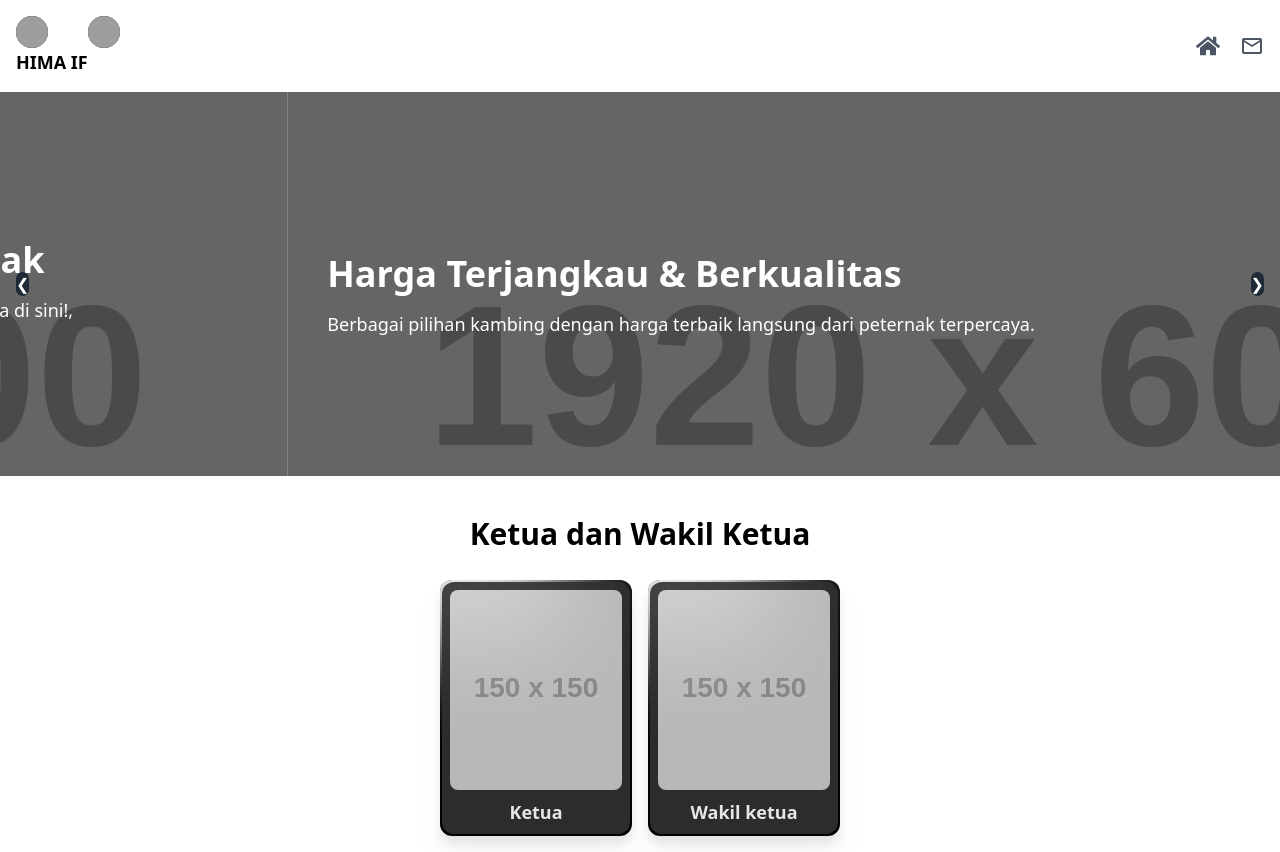
Repository: MUHAMADTEGARWIJAYA/himaif
Page: /
The author's editor kept a copy of each file at every save. The page is drawn from the files as they stood at one save, then again after the next save.
The browser window is 1280 px wide. The pictures show the whole page.
Pictures or frames that could not be fetched are drawn as grey boxes. The project was rebuilt for these pictures with package versions that can differ from the ones it lists, and the page was loaded fresh each time. Also part of the build but not shown: vite.config.js.

Above is the page before, as saved 2024-12-21 14:20:10.

### src/main.jsx
import React from 'react'
import ReactDOM from "react-dom/client"
import './index.css'
import App from './App.jsx'
import { BrowserRouter } from 'react-router-dom'

ReactDOM.createRoot(document.getElementById('root')).render(
  <React.StrictMode>
    <BrowserRouter>
    <App />
    </BrowserRouter>
  </React.StrictMode>
);

### src/App.jsx
import { Routes, Route } from "react-router-dom";
import Slider from "./pages/Content";
import LandingPage from "./layout/LandingPageLay";
import Card from "./pages/Members";

export default function App() {
  return (
    <Routes>
      <Route element={<LandingPage />}>
         <Route path="/" element={<Slider   />}/>
         <Route path="/" element={<Card   />}/>
      </Route>
    </Routes>
  );
}

### src/pages/Content.jsx
import { useState, useEffect } from "react";

const Slider = () => {
  const slides = [
    {
      id: 1,
      image: "https://via.placeholder.com/1920x600", // Ganti dengan URL gambar
      title: "Mudah & Transparan! Kambing Langsung dari Peternak",
      description:
        "Akses langsung ke peternak, harga transparan, dan kualitas terjamin. Pilih kambing untuk kebutuhan Anda hanya di sini!, jdsudvudvbduvbdvbdiobvbvsudvds",
    },
    {
      id: 2,
      image: "https://via.placeholder.com/1920x600", // Ganti dengan URL gambar
      title: "Harga Terjangkau & Berkualitas",
      description:
        "Berbagai pilihan kambing dengan harga terbaik langsung dari peternak terpercaya.",
    },
    {
      id: 3,
      image: "https://via.placeholder.com/1920x600", // Ganti dengan URL gambar
      title: "Pesan Sekarang, Nikmati Kemudahan",
      description:
        "Proses cepat, aman, dan terintegrasi untuk kebutuhan kambing Anda.",
    },
  ];

  const [currentIndex, setCurrentIndex] = useState(0);

  useEffect(() => {
    const interval = setInterval(() => {
      setCurrentIndex((prevIndex) =>
        prevIndex === slides.length - 1 ? 0 : prevIndex + 1
      );
    }, 5000); // Ganti dengan waktu delay (ms)
    return () => clearInterval(interval);
  }, [slides.length]);

  const prevSlide = () => {
    setCurrentIndex(currentIndex === 0 ? slides.length - 1 : currentIndex - 1);
  };

  const nextSlide = () => {
    setCurrentIndex((currentIndex + 1) % slides.length);
  };

  return (
    <div className="relative w-full h-96 overflow-hidden">
      <div
        className="flex transition-transform duration-1000"
        style={{ transform: `translateX(-${currentIndex * 100}%)` }}
      >
        {slides.map((slide) => (
          <div
            key={slide.id}
            className="w-full h-[600px] flex-shrink-0 relative"
            style={{
              backgroundImage: `url(${slide.image})`,
              backgroundSize: "cover",
              backgroundPosition: "center",
            }}
          >
            <div className="absolute inset-0 bg-black bg-opacity-50 flex flex-col justify-center mb-48 items-start p-10 text-white">
              <h1 className="text-4xl font-bold mb-4">{slide.title}</h1>
              <p className="text-lg">{slide.description}</p>
            </div>
          </div>
        ))}
      </div>
      <button
        onClick={prevSlide}
        className="absolute top-1/2 left-4 -translate-y-1/2 bg-gray-800 text-white rounded-full"
      >
        &#10094;
      </button>
      <button
        onClick={nextSlide}
        className="absolute top-1/2 right-4 -translate-y-1/2 bg-gray-800 text-white rounded-full"
      >
        &#10095;
      </button>
    </div>
  );
};

export default Slider;

### src/layout/LandingPageLay.jsx
import Navbar from '../pages/Navbar';

import App from "../pages/Members";
import Slider from "../pages/Content";

const LandigPage = () => {
    return (
        <div className='bg-white'>
            <Navbar />
             <Slider />
             <App />
         </div>
    );
};

export default LandigPage;

### src/pages/Members.jsx
import PropTypes from "prop-types";

const Card = ({ title, image }) => {
  return (

    <div className="relative drop-shadow-xl w-48 h-64 overflow-hidden rounded-xl bg-black transform transition-transform hover:scale-105 hover:rotate-2">
      <div className="absolute inset-0.5 flex flex-col items-center justify-between text-white z-[1] opacity-90 rounded-xl bg-[#323132] p-2">
        <img
          src={image}
          alt={title}
          className="w-full h-52 object-cover rounded-lg"
        />
        <h3 className="text-lg font-semibold mt-2">{title}</h3>
      </div>
      <div className="absolute w-56 h-48 bg-white blur-[50px] -left-1/2 -top-1/2"></div>
    </div>
  );
};

Card.propTypes = {
  title: PropTypes.string.isRequired,
  image: PropTypes.string.isRequired,
};

const App = () => {
  const cards = [
    {
      title: "Ketua",
      image: "https://via.placeholder.com/150",
    },
    {
      title: "Wakil ketua",
      image: "https://via.placeholder.com/150",
    },
  ];


  return (
    <div className=" ">
       <h1 className="text-3xl font-bold mt-10 text-center bg-clip-text text-black font-sans">
        Ketua dan Wakil Ketua
        </h1>
                    {/*Ketua dan wakil  */}
                    <div className="flex flex-wrap justify-center gap-4 mt-3 p-4">
                    {cards.map((card, index) => (
                        <Card key={index} title={card.title} image={card.image} />
                    ))}
                    </div>
    </div>
  );
};

export default App;

### src/pages/Navbar.jsx
import  { useState, useEffect } from "react";
import { FaHome } from "react-icons/fa";
import { MdOutlineEmail } from "react-icons/md";

const Navbar = () => {
  const [isVisible, setIsVisible] = useState(true);

  useEffect(() => {
    const handleScroll = () => {
      // Check scroll position
      if (window.scrollY > 50) {
        setIsVisible(false); // Hide when scrolled down
      } else {
        setIsVisible(true); // Show when at top
      }
    };

    window.addEventListener("scroll", handleScroll);

    // Cleanup event listener on unmount
    return () => {
      window.removeEventListener("scroll", handleScroll);
    };
  }, []);

  return (
    <div className="relative">
      <div
        className={`flex items-center p-4 bg-transparent justify-between space-x-5 text-white transition-transform duration-300 ${
          isVisible ? "translate-y-0" : "-translate-y-full"
        }`}
      >
        {/* Bagian Kiri */}
        <div className="grid grid-cols-2 items-center">
            <img
              src="image.jpg" // Gunakan default jika avatar kosong
              alt="User Avatar"
              className="w-8 h-8 bg-black rounded-full"
            />
            <img
              src="image.jpg" // Gunakan default jika avatar kosong
              alt="User Avatar"
              className="w-8 h-8 bg-black rounded-full"
            />
          <span className="text-lg font-bold text-black">HIMA IF</span>
        </div>

        {/* Bagian Kanan */}
        <div className="flex items-center relative space-x-5">
          <button className="text-gray-600 hover:text-gray-800">
            <FaHome className="w-6 h-6" />
          </button>
          <button className="text-gray-600 hover:text-gray-800">
            <MdOutlineEmail className="w-6 h-6" />
          </button>
          {/* Avatar */}

        </div>
      </div>
    </div>
  );
};

export default Navbar;

Loaded but not shown: index.html (common file); src/index.css (common file); tailwind.config.js (common file)

After the next save:
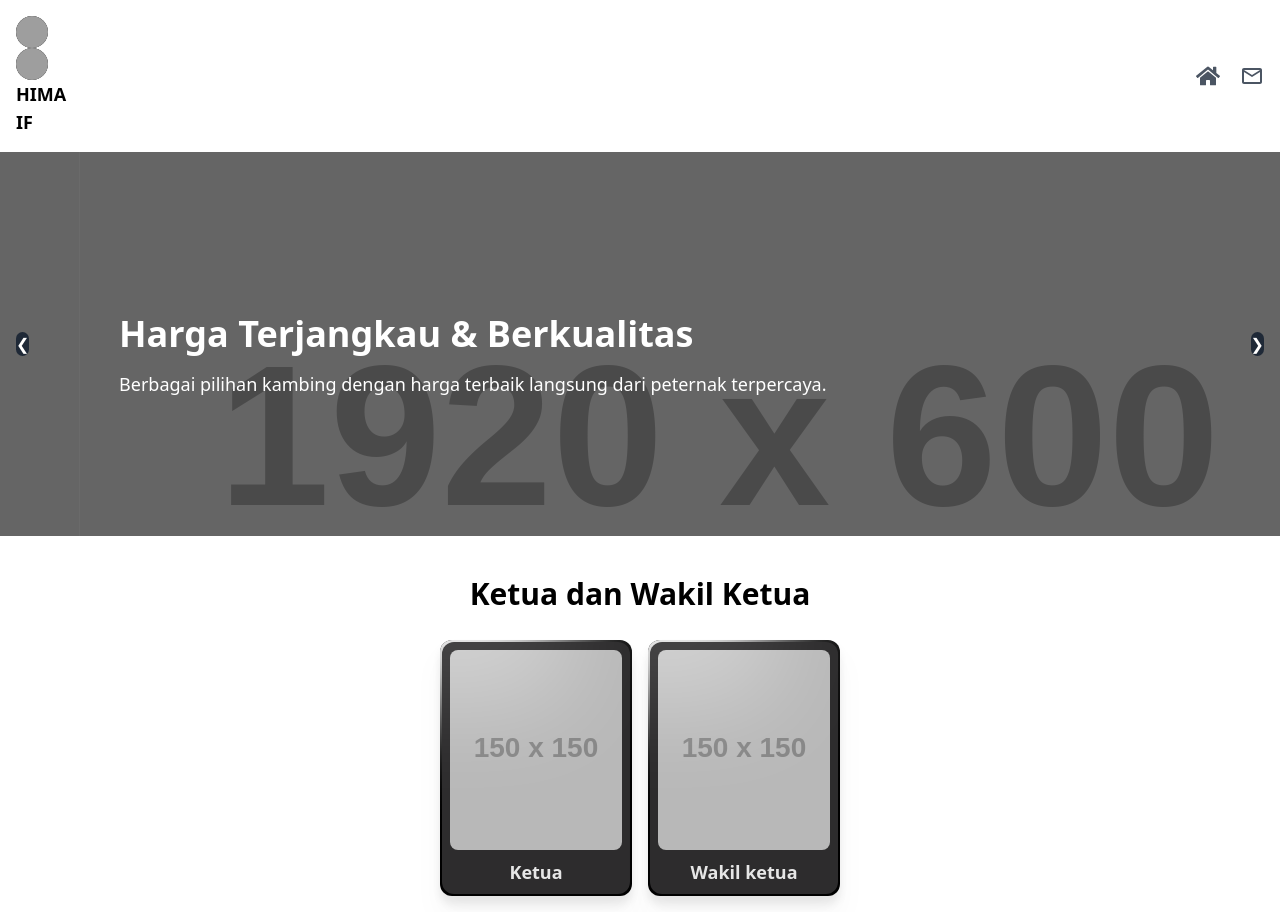
Saved 11 s later.
--- a/src/pages/Navbar.jsx
+++ b/src/pages/Navbar.jsx
@@ -31,7 +31,7 @@
         }`}
       >
         {/* Bagian Kiri */}
-        <div className="grid grid-cols-2 items-center">
+        <div className="grid grid-cols-subgrid items-center">
             <img
               src="image.jpg" // Gunakan default jika avatar kosong
               alt="User Avatar"

After the save that followed:
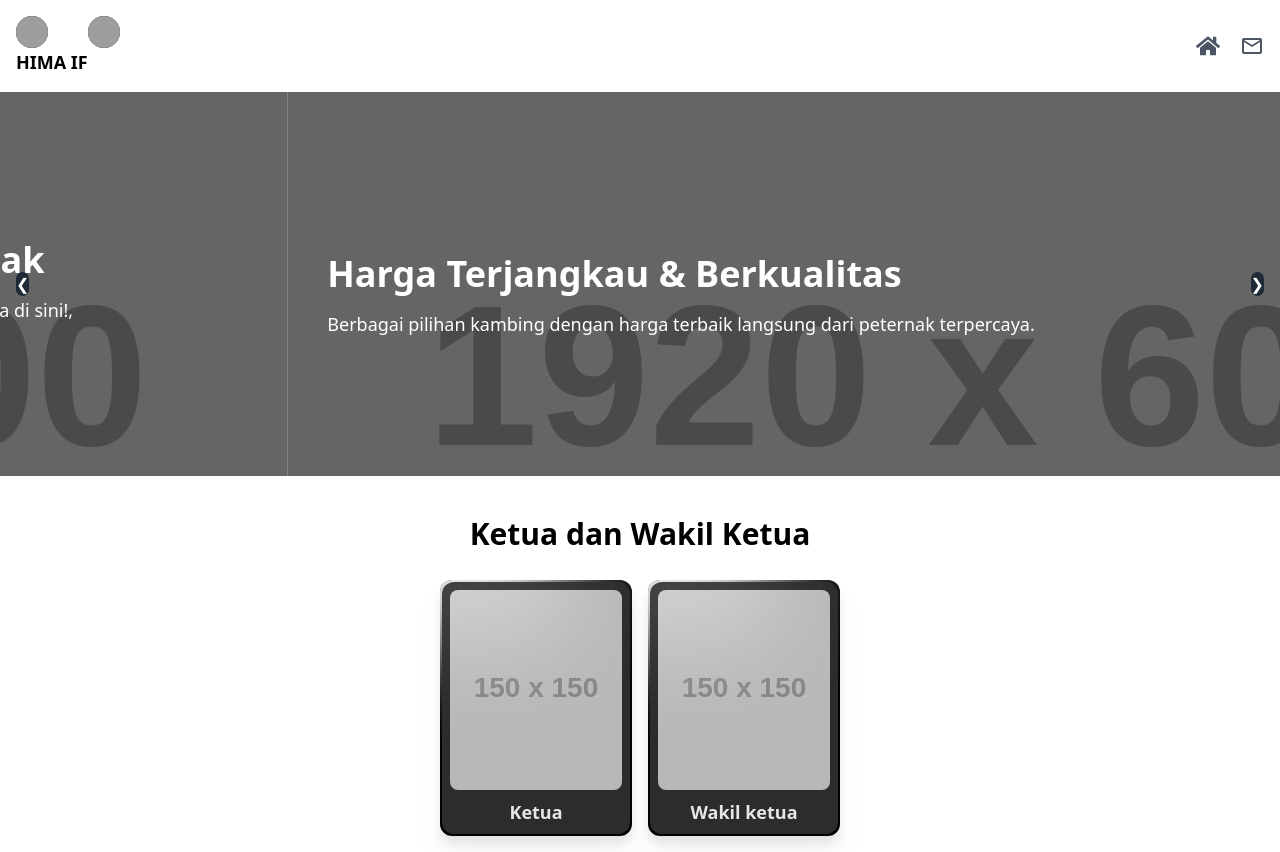
Saved 5 s later.
--- a/src/pages/Navbar.jsx
+++ b/src/pages/Navbar.jsx
@@ -31,7 +31,7 @@
         }`}
       >
         {/* Bagian Kiri */}
-        <div className="grid grid-cols-subgrid items-center">
+        <div className="grid grid-cols-2 items-center">
             <img
               src="image.jpg" // Gunakan default jika avatar kosong
               alt="User Avatar"
